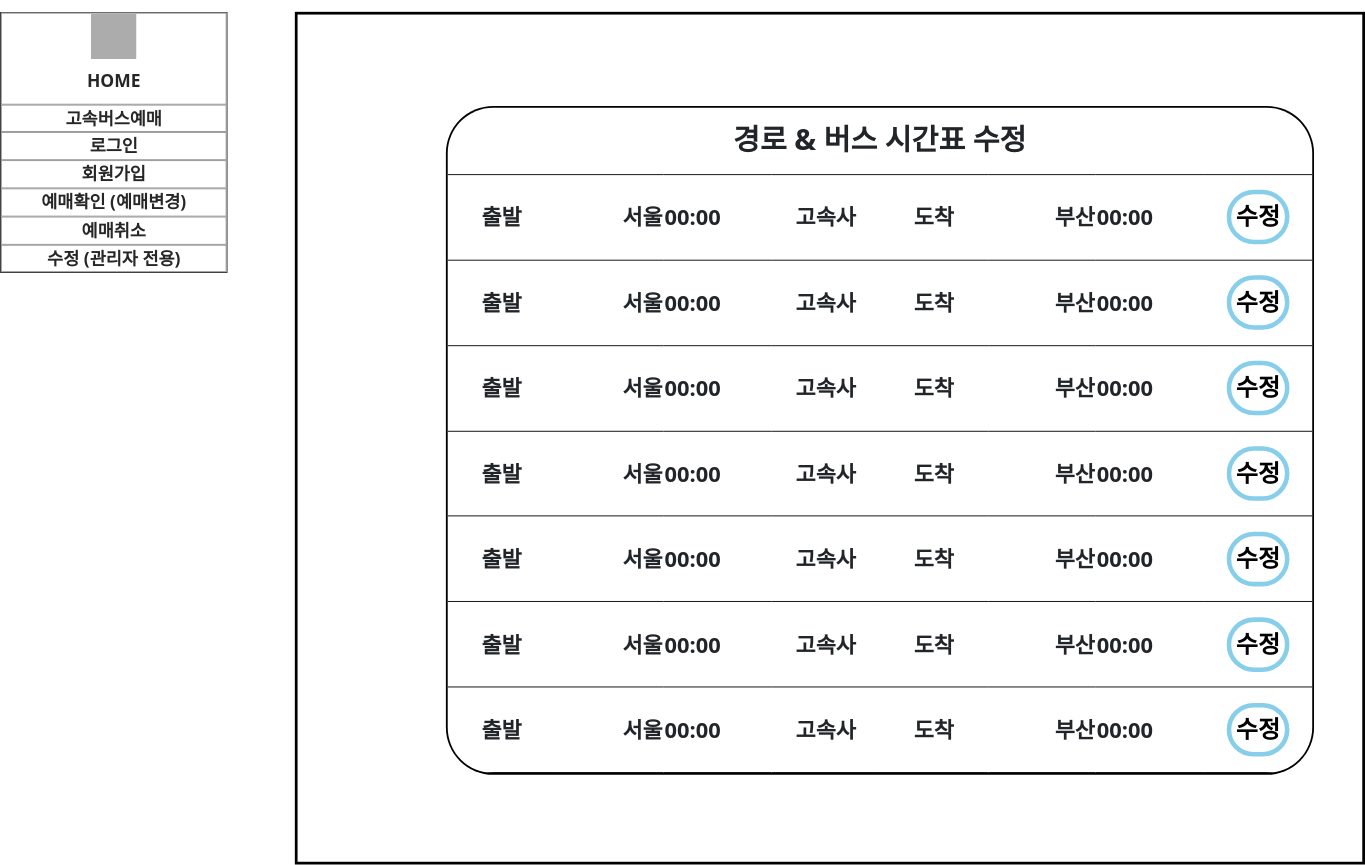
Repository: rudqhd79/spring_personal
Page: http://localhost/edit/edit
The author's editor kept a copy of each file at every save. The page is drawn from the files as they stood at one save, then again after the next save.
The browser window is 1280 px wide. The page is 1500 px wide, so the pictures cover 1500 px, including what lies to the right of the window. The pictures show the whole page, at 91% of full size.
Pictures or frames that could not be fetched are drawn as grey boxes. The page is this project's Thymeleaf template; nobody is signed in. The template is opened directly, without the code that normally fills it, so the values that code supplies are empty.

Above is the page before, as saved 2023-01-31 09:20:28.

### bus-reservation/src/main/resources/templates/edit/edit.html
<!DOCTYPE html>
<html xmlns:th="http://www.thymeleaf.org"
	xmlns:layout="http://www.ultraq.net.nz/thymeleaf/layout">
<link rel="stylesheet"
	href="//maxcdn.bootstrapcdn.com/bootstrap/latest/css/bootstrap.min.css">
<script src="//code.jquery.com/jquery.min.js"></script>
<script
	src="//maxcdn.bootstrapcdn.com/bootstrap/latest/js/bootstrap.min.js"></script>
<head>
<meta charset="UTF-8">
<title>수정</title>

<!-- bootstrap css -->
<link
	href="https://cdn.jsdelivr.net/npm/bootstrap@5.3.0-alpha1/dist/css/bootstrap.min.css"
	rel="stylesheet"
	integrity="sha384-GLhlTQ8iRABdZLl6O3oVMWSktQOp6b7In1Zl3/Jr59b6EGGoI1aFkw7cmDA6j6gD"
	crossorigin="anonymous">
<link th:href="@{/css/all.css}" rel="stylesheet">
<!-- bootstrap js, popper -->
<script
	src="https://cdn.jsdelivr.net/npm/@popperjs/core@2.11.6/dist/umd/popper.min.js"
	integrity="sha384-oBqDVmMz9ATKxIep9tiCxS/Z9fNfEXiDAYTujMAeBAsjFuCZSmKbSSUnQlmh/jp3"
	crossorigin="anonymous"></script>
<script
	src="https://cdn.jsdelivr.net/npm/bootstrap@5.3.0-alpha1/dist/js/bootstrap.min.js"
	integrity="sha384-mQ93GR66B00ZXjt0YO5KlohRA5SY2XofN4zfuZxLkoj1gXtW8ANNCe9d5Y3eG5eD"
	crossorigin="anonymous"></script>
<!-- jquery  -->
<script src="https://code.jquery.com/jquery-3.6.3.min.js"
	integrity="sha256-pvPw+upLPUjgMXY0G+8O0xUf+/Im1MZjXxxgOcBQBXU="
	crossorigin="anonymous"></script>
<th:block layout:fragment="script"></th:block>
<th:block layout:fragment="css"></th:block>
</head>
<body>
	<form th:action="@{edit_input}" method="post">
		<div class="fragment-sidebar">
			<div th:replace="fragments/sidebar::sidebar"></div>
			<div class="base_angle" style="margin-top: 1vw">
				<div class="edit_border">
					<div style="text-align: center; font-size: 2em; margin: 10px 0 15px 0; font-weight: bolder">경로 & 버스 시간표 수정</div>
					<table class="edit_table" style="width:100%; height:90%;">
						<tr style="font-size: 1.5em; width: 80%;" class="edit_tr">
							<th class="edit_td" style="width:calc(100%/8); text-align: center">출발</th>
							<th class="edit_td" style="width:calc(100%/8); text-align: right">서울</th>
							<th class="edit_td" style="width:calc(100%/8); text-align: left">00:00</th>
							<th class="edit_td" style="width:calc(100%/8); text-align: center">고속사</th>
							<th class="edit_td" style="width:calc(100%/8); text-align: center">도착</th>
							<th class="edit_td" style="width:calc(100%/8); text-align: right;">부산</th>
							<th class="edit_td" style="width:calc(100%/8); text-align: left">00:00</th>
							<th class="edit_td" style="width:calc(100%/8); text-align: center"><input type="submit" value="수정" style="border: 5px solid skyblue; border-radius: 30px; font-size: 1.1em; background:  white; padding: 5px; font-weight: 800;" /></th>
						</tr>
						<tr style="font-size: 1.5em; width: 80%;" class="edit_tr">
							<th class="edit_td" style="width:calc(100%/8); text-align: center">출발</th>
							<th class="edit_td" style="width:calc(100%/8); text-align: right">서울</th>
							<th class="edit_td" style="width:calc(100%/8); text-align: left">00:00</th>
							<th class="edit_td" style="width:calc(100%/8); text-align: center">고속사</th>
							<th class="edit_td" style="width:calc(100%/8); text-align: center">도착</th>
							<th class="edit_td" style="width:calc(100%/8); text-align: right;">부산</th>
							<th class="edit_td" style="width:calc(100%/8); text-align: left">00:00</th>
							<th class="edit_td" style="width:calc(100%/8); text-align: center"><input type="submit" value="수정" style="border: 5px solid skyblue; border-radius: 30px; font-size: 1.1em; background:  white; padding: 5px; font-weight: 800;" /></th>
						</tr>
						<tr style="font-size: 1.5em; width: 80%;" class="edit_tr">
							<th class="edit_td" style="width:calc(100%/8); text-align: center">출발</th>
							<th class="edit_td" style="width:calc(100%/8); text-align: right">서울</th>
							<th class="edit_td" style="width:calc(100%/8); text-align: left">00:00</th>
							<th class="edit_td" style="width:calc(100%/8); text-align: center">고속사</th>
							<th class="edit_td" style="width:calc(100%/8); text-align: center">도착</th>
							<th class="edit_td" style="width:calc(100%/8); text-align: right;">부산</th>
							<th class="edit_td" style="width:calc(100%/8); text-align: left">00:00</th>
							<th class="edit_td" style="width:calc(100%/8); text-align: center"><input type="submit" value="수정" style="border: 5px solid skyblue; border-radius: 30px; font-size: 1.1em; background:  white; padding: 5px; font-weight: 800;" /></th>
						</tr>
						<tr style="font-size: 1.5em; width: 80%;" class="edit_tr">
							<th class="edit_td" style="width:calc(100%/8); text-align: center">출발</th>
							<th class="edit_td" style="width:calc(100%/8); text-align: right">서울</th>
							<th class="edit_td" style="width:calc(100%/8); text-align: left">00:00</th>
							<th class="edit_td" style="width:calc(100%/8); text-align: center">고속사</th>
							<th class="edit_td" style="width:calc(100%/8); text-align: center">도착</th>
							<th class="edit_td" style="width:calc(100%/8); text-align: right;">부산</th>
							<th class="edit_td" style="width:calc(100%/8); text-align: left">00:00</th>
							<th class="edit_td" style="width:calc(100%/8); text-align: center"><input type="submit" value="수정" style="border: 5px solid skyblue; border-radius: 30px; font-size: 1.1em; background:  white; padding: 5px; font-weight: 800;" /></th>
						</tr>
						<tr style="font-size: 1.5em; width: 80%;" class="edit_tr">
							<th class="edit_td" style="width:calc(100%/8); text-align: center">출발</th>
							<th class="edit_td" style="width:calc(100%/8); text-align: right">서울</th>
							<th class="edit_td" style="width:calc(100%/8); text-align: left">00:00</th>
							<th class="edit_td" style="width:calc(100%/8); text-align: center">고속사</th>
							<th class="edit_td" style="width:calc(100%/8); text-align: center">도착</th>
							<th class="edit_td" style="width:calc(100%/8); text-align: right;">부산</th>
							<th class="edit_td" style="width:calc(100%/8); text-align: left">00:00</th>
							<th class="edit_td" style="width:calc(100%/8); text-align: center"><input type="submit" value="수정" style="border: 5px solid skyblue; border-radius: 30px; font-size: 1.1em; background:  white; padding: 5px; font-weight: 800;" /></th>
						</tr>
						<tr style="font-size: 1.5em; width: 80%;" class="edit_tr">
							<th class="edit_td" style="width:calc(100%/8); text-align: center">출발</th>
							<th class="edit_td" style="width:calc(100%/8); text-align: right">서울</th>
							<th class="edit_td" style="width:calc(100%/8); text-align: left">00:00</th>
							<th class="edit_td" style="width:calc(100%/8); text-align: center">고속사</th>
							<th class="edit_td" style="width:calc(100%/8); text-align: center">도착</th>
							<th class="edit_td" style="width:calc(100%/8); text-align: right;">부산</th>
							<th class="edit_td" style="width:calc(100%/8); text-align: left">00:00</th>
							<th class="edit_td" style="width:calc(100%/8); text-align: center"><input type="submit" value="수정" style="border: 5px solid skyblue; border-radius: 30px; font-size: 1.1em; background:  white; padding: 5px; font-weight: 800;" /></th>
						</tr>
						<tr style="font-size: 1.5em; width: 80%;" class="edit_tr">
							<th class="edit_td" style="width:calc(100%/8); text-align: center">출발</th>
							<th class="edit_td" style="width:calc(100%/8); text-align: right">서울</th>
							<th class="edit_td" style="width:calc(100%/8); text-align: left">00:00</th>
							<th class="edit_td" style="width:calc(100%/8); text-align: center">고속사</th>
							<th class="edit_td" style="width:calc(100%/8); text-align: center">도착</th>
							<th class="edit_td" style="width:calc(100%/8); text-align: right;">부산</th>
							<th class="edit_td" style="width:calc(100%/8); text-align: left">00:00</th>
							<th class="edit_td" style="width:calc(100%/8); text-align: center"><input type="submit" value="수정" style="border: 5px solid skyblue; border-radius: 30px; font-size: 1.1em; background:  white; padding: 5px; font-weight: 800;" /></th>
						</tr>
					</table>
				</div>
			</div>
		</div>
	</form>
</body>
</html>

### bus-reservation/src/main/resources/templates/fragments/sidebar.html
<!DOCTYPE html>
<html xmlns:th="http://www.thymeleaf.org">
<head>
<meta charset="UTF-8">
<title>Insert title here</title>
<link rel="stylesheet"
	href="//maxcdn.bootstrapcdn.com/bootstrap/latest/css/bootstrap.min.css">
<script src="//code.jquery.com/jquery.min.js"></script>
<script
	src="//maxcdn.bootstrapcdn.com/bootstrap/latest/js/bootstrap.min.js"></script>
</head>
<body>
<!-- 사이드바 -->
	<div th:fragment="sidebar" class="sidebar-total">
		<div id="page-wrapper">
			<div id="sidebar-wrapper">
				<ul class="sidebar-nav">
					<li class="sidebar-main">
						<a href="#">
							<img src="https://cdn-icons-png.flaticon.com/128/90/90573.png" style="width: 50px; height: 50px" />
							<p class="home">HOME</p>
						</a>
					</li>
					<li class="sidebar-main"><a href="#">고속버스예매</a></li>
					<li class="sidebar-main"><a href="#">로그인</a></li>
					<li class="sidebar-main"><a href="#">회원가입</a></li>
					<li class="sidebar-main"><a href="#">예매확인 (예매변경)</a></li>
					<li class="sidebar-main"><a href="#">예매취소</a></li>
					<li class="sidebar-main"><a href="#">수정 (관리자 전용)</a></li>
				</ul>
			</div>
		</div>
	</div>
<!-- /사이드바 -->
</body>
</html>

Loaded but not shown: bus-reservation/src/main/resources/static/css/all.css (library)

After the next save:
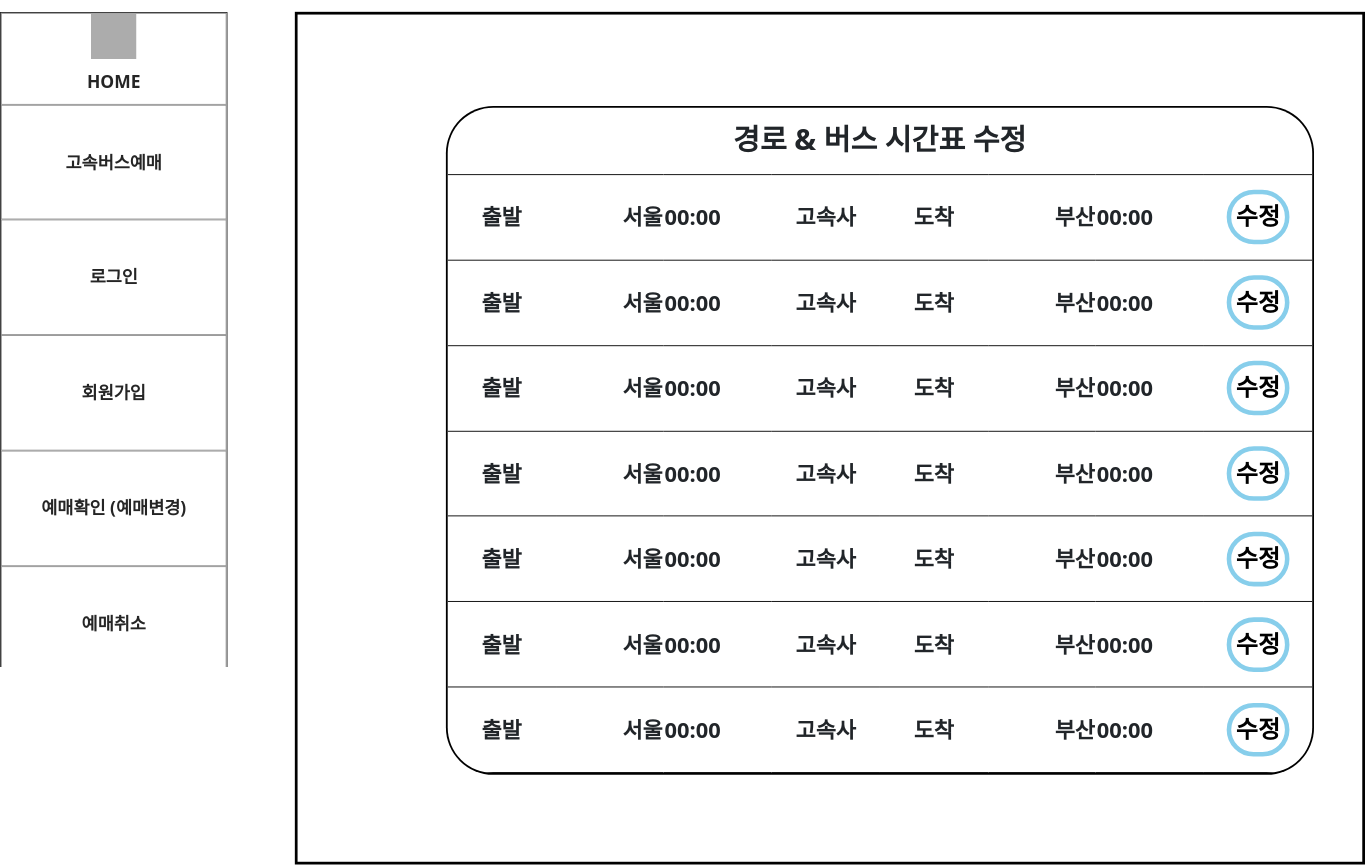
Saved 94 s later.
--- a/bus-reservation/src/main/resources/templates/fragments/sidebar.html
+++ b/bus-reservation/src/main/resources/templates/fragments/sidebar.html
@@ -21,12 +21,12 @@
 							<p class="home">HOME</p>
 						</a>
 					</li>
-					<li class="sidebar-main"><a href="#">고속버스예매</a></li>
-					<li class="sidebar-main"><a href="#">로그인</a></li>
-					<li class="sidebar-main"><a href="#">회원가입</a></li>
-					<li class="sidebar-main"><a href="#">예매확인 (예매변경)</a></li>
-					<li class="sidebar-main"><a href="#">예매취소</a></li>
-					<li class="sidebar-main"><a href="#">수정 (관리자 전용)</a></li>
+					<li class="sidebar-main sidebar-nav_li"><a href="#">고속버스예매</a></li>
+					<li class="sidebar-main sidebar-nav_li"><a href="#">로그인</a></li>
+					<li class="sidebar-main sidebar-nav_li"><a href="#">회원가입</a></li>
+					<li class="sidebar-main sidebar-nav_li"><a href="#">예매확인 (예매변경)</a></li>
+					<li class="sidebar-main sidebar-nav_li"><a href="#">예매취소</a></li>
+					<li class="sidebar-main sidebar-nav_li"><a href="#">수정 (관리자 전용)</a></li>
 				</ul>
 			</div>
 		</div>
